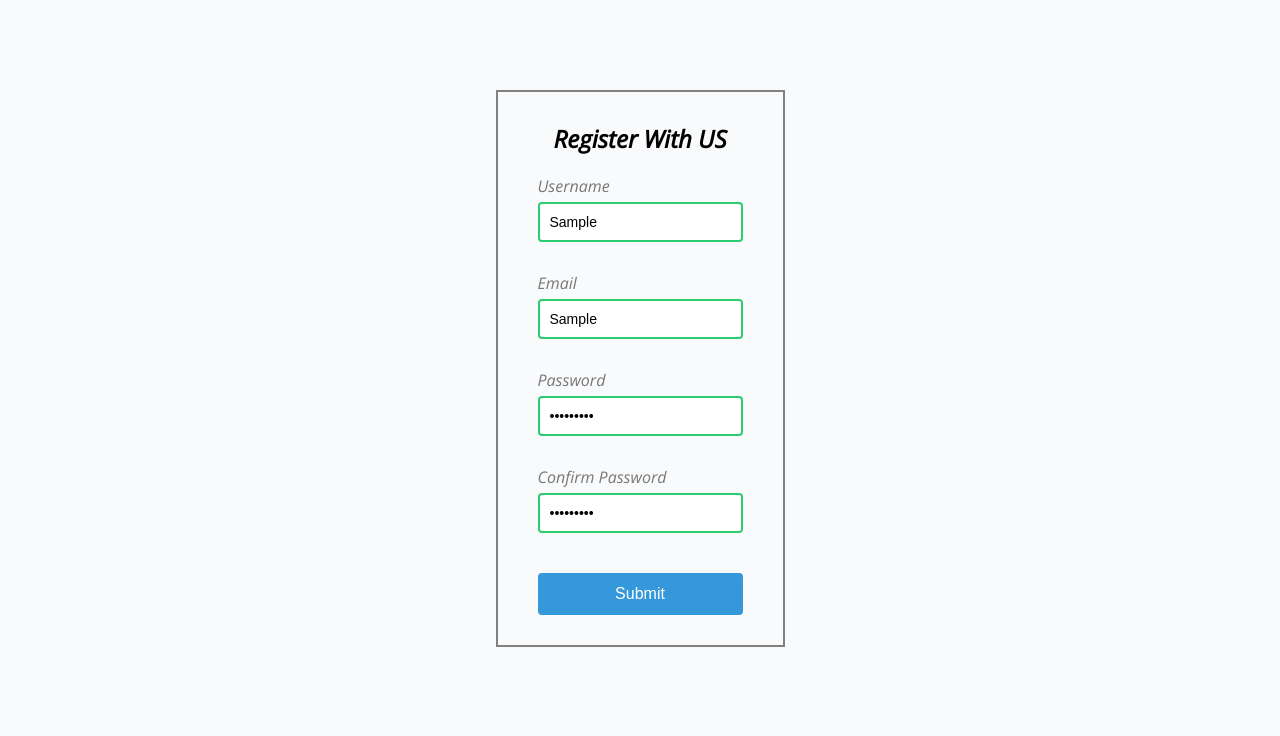
Repository: Izaya171/programming
Page: musicPlayer/index.html
An editor plug-in stored every save of this project. The page is shown before and after the next save, followed by the edit.
The browser window is 1280 px wide. The pictures show the whole page.
Empty fields were first filled with sample values (such as "Sample", 5 or name@example.com).
After loading, the first visible `#form` was submitted once.

Above is the page before, as saved 2021-09-18 13:19:17.

After the next save:
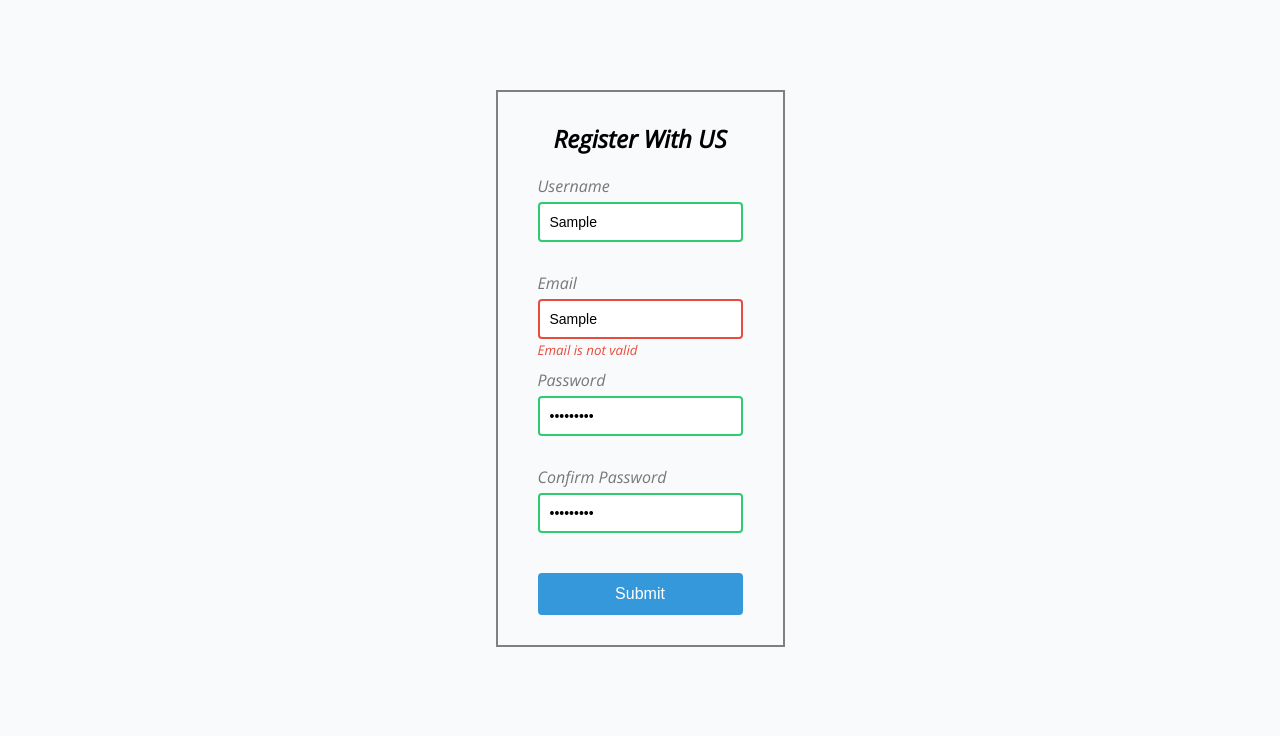
Saved 5 min 31 s later.
--- a/musicPlayer/script.js
+++ b/musicPlayer/script.js
@@ -16,6 +16,16 @@ function showError(input, message) {
 function showSuccess(input) {
     const formControl = input.parentElement;
     formControl.className = 'form-control success';
+}
+
+// Check email is valid
+function checkEmail(input) {
+    const re = /^(([^<>()\[\]\\.,;:\s@"]+(\.[^<>()\[\]\\.,;:\s@"]+)*)|(".+"))@((\[[0-9]{1,3}\.[0-9]{1,3}\.[0-9]{1,3}\.[0-9]{1,3}\])|(([a-zA-Z\-0-9]+\.)+[a-zA-Z]{2,}))$/;
+    if (re.test(input.value.trim())) {
+        showSuccess(input);
+    } else {
+        showError(input, 'Email is not valid');
+    }
 }
 
 // Check required fields
@@ -40,6 +50,13 @@ function checkLength(input, min, max) {
     }
 }
 
+// Check passwords match
+function checkPasswordsMatch(input1, input2) {
+    if (input1.value !== input2.value) {
+        showError(input2, 'Passwords do not match!')
+    }
+}
+
 // Get Field name
 function getFieldName(input) {
     return input.id.charAt(0).toUpperCase() + input.id.slice(1);
@@ -52,4 +69,6 @@ form.addEventListener('submit', (e) => {
     checkRequired([username, email, password, password2])
     checkLength(username, 3, 15);
     checkLength(password, 6, 25);
+    checkEmail(email);
+    checkPasswordsMatch(password, password2);
 });
